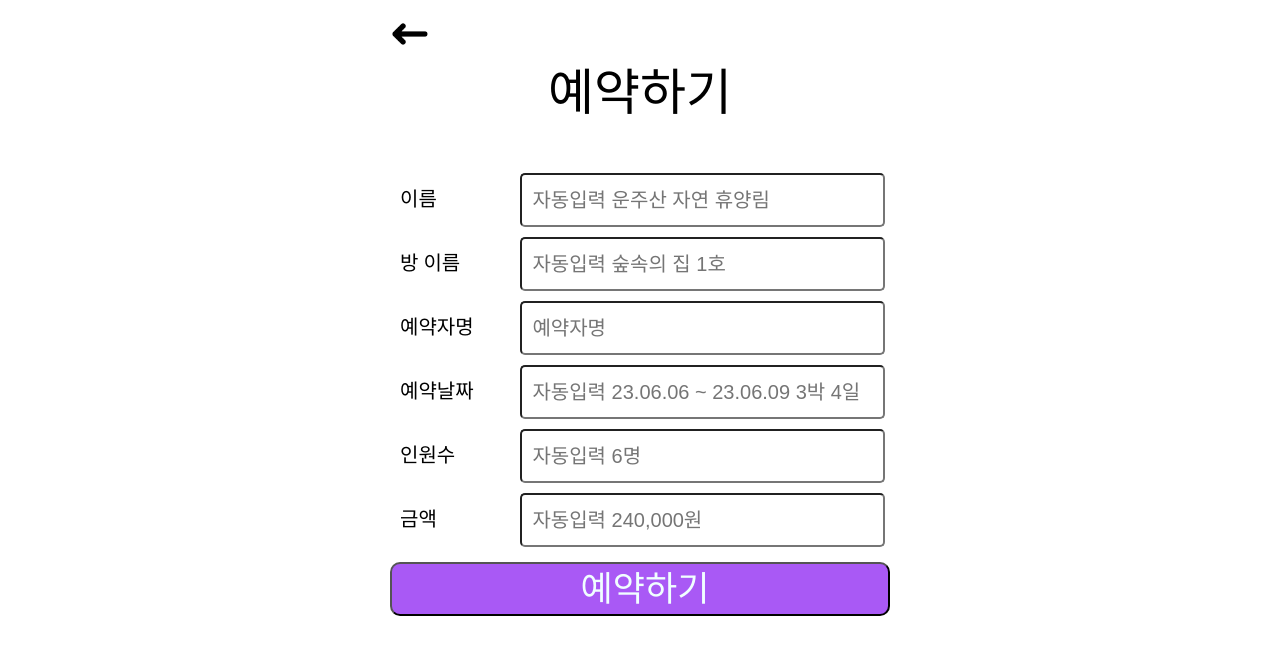
Repository: jaehunjeong4103/WebProject
Page: http://localhost/Web/view/reservation/reservation
An editor plug-in stored every save of this project. The page is shown before and after the next save, followed by the edit.
The browser window is 1280 px wide. The pictures show the whole page.
Some web fonts or font styles are not loaded; a fallback is used. The page is served by Tomcat 9. Other server files are loaded and not shown.

Above is the page before, as saved 2023-06-06 01:35:26.

### Web/src/main/webapp/WEB-INF/view/reservation/reservation.jsp
<%@ page language="java" contentType="text/html; charset=EUC-KR"
    pageEncoding="EUC-KR"%>
<!DOCTYPE html>
<html>
<head>
	<link rel="preconnect" href="https://fonts.googleapis.com">
	<link rel="preconnect" href="https://fonts.gstatic.com" crossorigin="crossorigin">
	<link href="https://fonts.googleapis.com/css2?family=Gowun+Dodum&family=Song+Myung&display=swap" rel="stylesheet">
	<link href="../../css/register.css?after" type="text/css" rel="stylesheet" />
	<link href="../../css/reservation.css?after" type="text/css" rel="stylesheet" />
	<meta charset="UTF-8">
<title>Insert title here</title>
</head>
<body>
	<header>
		<div id="arrow_body">
			<button onclick="history.back()"><image src="../../images/direction-arrow.png" alt="화살표" id="arrow"/></button>
		<div id="title">예약하기</div>
	</header>
	<div id="reservation_body">
		<form action="reservation" method="post">
			<section>
				<div class="input">
					<span>이름</span>
					<input type="text" placeholder="자동입력 운주산 자연 휴양림" class="input_text id" name="ID" value="${chkId}" readonly>
				</div>
				<div class="input">
					<span>방 이름</span>
					<input type="text" placeholder="자동입력 숲속의 집 1호" class="input_text id" name="ID" value="${chkId}" readonly>
				</div>
				<div class="input">
					<span>예약자명</span>
					<input type="text" placeholder="예약자명" class="input_text id" name="ID" value="${chkId}" readonly>
				</div>
				<div class="input">
					<span>예약날짜</span>
					<input type="text" placeholder="자동입력 23.06.06 ~ 23.06.09 3박 4일" class="input_text id" name="ID" value="${chkId}" readonly>
				</div>
				<div class="input">
					<span>인원수</span>
					<input type="text" placeholder="자동입력 6명" class="input_text id" name="ID" value="${chkId}" readonly>
				</div>
				<div class="input">
					<span>금액</span>
					<input type="text" placeholder="자동입력 240,000원" class="input_text id" name="ID" value="${chkId}" readonly>
				</div>
		    <input type="submit" value="예약하기" class="button">
			</section>
		</form>
	</div>
</body>
</html>

### Web/src/main/java/controller/reservation/Reservation_controller.java
package controller.reservation;

import java.io.IOException;

import javax.servlet.ServletException;
import javax.servlet.annotation.WebServlet;
import javax.servlet.http.HttpServlet;
import javax.servlet.http.HttpServletRequest;
import javax.servlet.http.HttpServletResponse;

@WebServlet("/view/reservation/reservation")
public class Reservation_controller extends HttpServlet{
	@Override
	protected void doGet(HttpServletRequest request, HttpServletResponse response) throws ServletException, IOException {
		request.getRequestDispatcher("/WEB-INF/view/reservation/reservation.jsp").forward(request, response);
	}

	@Override
	protected void doPost(HttpServletRequest request, HttpServletResponse response) throws ServletException, IOException {
		request.getRequestDispatcher("/WEB-INF/view/reservation/reservation.jsp").forward(request, response);
	}
}

### Web/src/main/webapp/css/register.css
@charset "UTF-8";
* {padding: 0; margin: 0;}

button {border-width: 0;}

body {
	width: 500px;
	margin: auto;
	position: relative;
}

a#id_check {
	position: absolute;
	top: 191px;
	right: 10px;
}

img#arrow {
	width: 40px;
	height: 40px;
	position: absolute;
	transform: rotate(180deg);
}

div#title {
	font-size: 50px;
	text-align: center;
	line-height: 150px;
}

#section {
	margin-bottom: 20px;
	display: flex;
	flex-direction: row;
	justify-content: space-between;
}

label {
	width: 50%;
	font-size: 30px;
	line-height: 50px;
	text-align: center;
	color: gray;
	margin-left: 10px;
	margin-right: 20px;
}

input#male{
	margin-left: 20px;
}

input#male, input#female {
	position: relative;
	top: -4.5px;
}

.input_text {
	width: 100%;
	font-size: 20px;
	line-height: 50px;
	border-radius: 5px;
	padding-left: 10px;
	box-sizing: border-box;
	margin: 5px;
}

.button {
	width: 100%;
	margin: auto;
	margin-top: 10px;
	background-color: rgb(169, 89, 245);
	border-radius: 10px;
	text-align: center;
	font-size: 35px;
	color: azure;
	line-height: 50px;
	padding-left: 10px;
	box-sizing: border-box;
}

#register_button:disabled input type:submit{
	background-color: gray;
}

button:hover {cursor: pointer;}

.button:hover {cursor: pointer;}
.button:disabled {background-color: gray; color: white;}

a {
	color: black; text-decoration-line: none;
}

### Web/src/main/webapp/css/reservation.css
@charset "UTF-8";

* {margin: 0; padding: 0;}

div#reservation {
	width: 824px;
  margin: auto;
  border: 1px solid yellow;
  margin-top: 10px;
}

div#date_count {
	width: 784px;
	margin: auto;
	display: flex;
	flex-direction: row;
	justify-content: space-between;
	font-size: 20px;
}

div#date {
	width: 600px;
}

div#count {
	width: 200px;
	display: flex;
	flex-direction: row;
	justify-content: space-between;
	margin-bottom: 10px;
}

#room_box {
	width: 784px;
	margin: auto;
	margin-top: 10px;
	margin-bottom: 10px;
	border: 1px solid rgb(128, 0, 255);
	display: flex;
	flex-direction: column;
}

#room_list_head{
	width: 784px;
	height: 40px;
	margin: auto;
	display: flex;
	flex-direction: row;
	flex-wrap: nowrap;
	justify-content: space-between;
}

#room_list{
	width: 784px;
	margin: auto;
	display: flex;
	flex-direction: row;
	flex-wrap: wrap;
	justify-content: space-between;
}

#room_list_head div {
	font-size: 20px;
	text-align: center;
	line-height: 40px;
	border: 1px solid gray;
}

#room_list div {
	padding: 5px;
	font-size: 15px;
	border: 1px solid gray;
}

.room_name {
	width: 120px;
}
.room_max {
	width: 100px;
}
.room_price {
	width: 120px;
}
.room_facilities {
	width: 360px;
}
.room_reservation {
	width: 84px;
}

a.reserbation {
	color: black;
}

#room_list .room_name {
	text-align: center;
}

#room_list .room_max {
	text-align: center;
}

#room_list .room_reservation {
	text-align: center;
}

#reservation_body {
	width: 500px;
	margin: auto;
	position: relative;
}

#reservation_body span {
	width: 160px;
	font-size: 20px;
	padding-left: 10px;
	line-height: 62px;
}

.input {
	display: flex;
	flex-direction: row;
	flex-wrap: nowrap;
	justify-content: space-between;
}

After the next save:
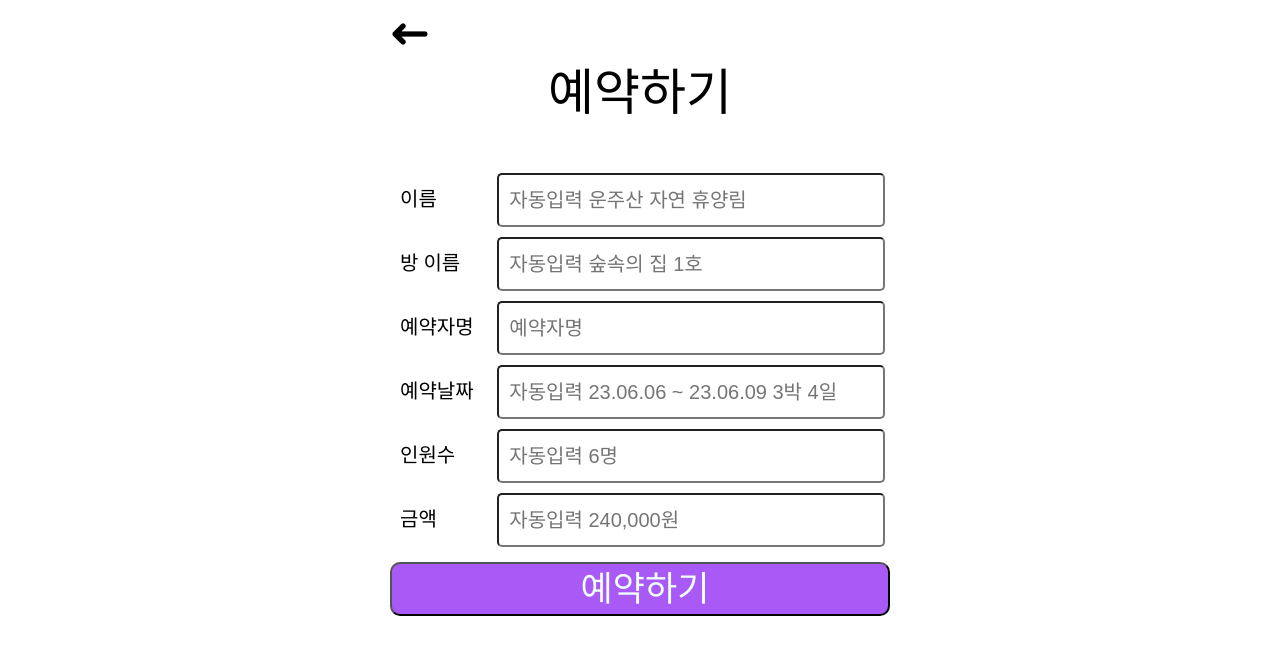
Saved 20 s later.
--- a/Web/src/main/webapp/css/reservation.css
+++ b/Web/src/main/webapp/css/reservation.css
@@ -111,7 +111,7 @@ a.reserbation {
 }
 
 #reservation_body span {
-	width: 160px;
+	width: 120px;
 	font-size: 20px;
 	padding-left: 10px;
 	line-height: 62px;
